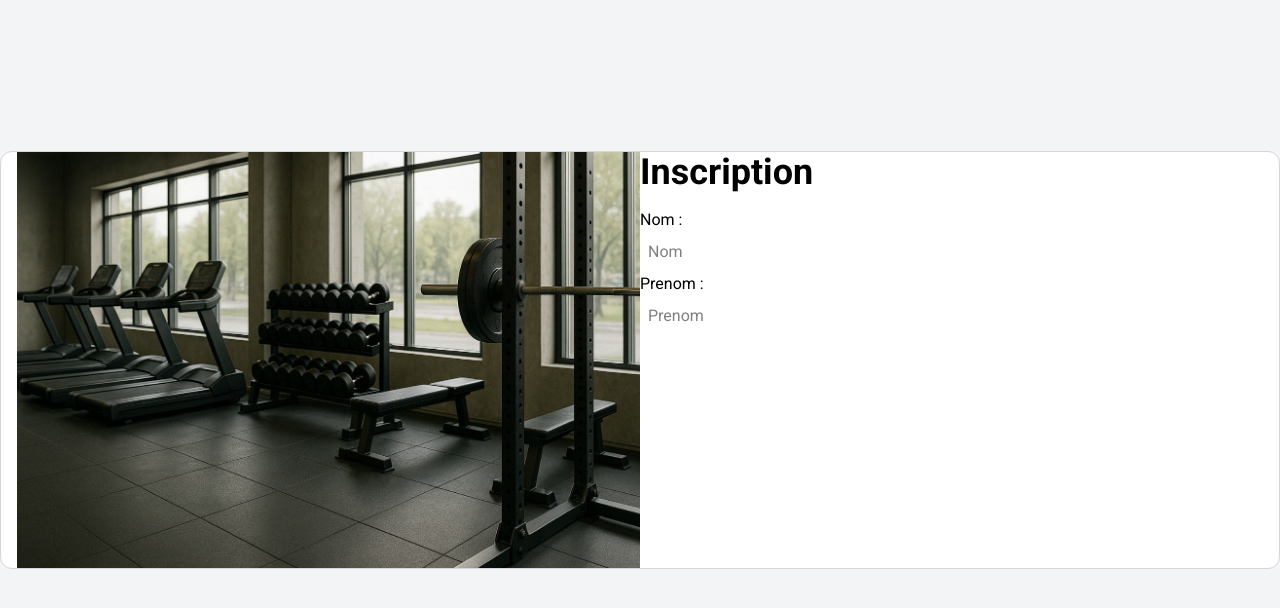
Repository: fahchouchsm/clubSportifWeb
Page: src/pages/inscription.html
An editor plug-in stored every save of this project. The page is shown before and after the next save, followed by the edit.
The browser window is 1280 px wide. The pictures show the whole page.

Above is the page before, as saved 2025-04-16 18:58:16.

After the next save:
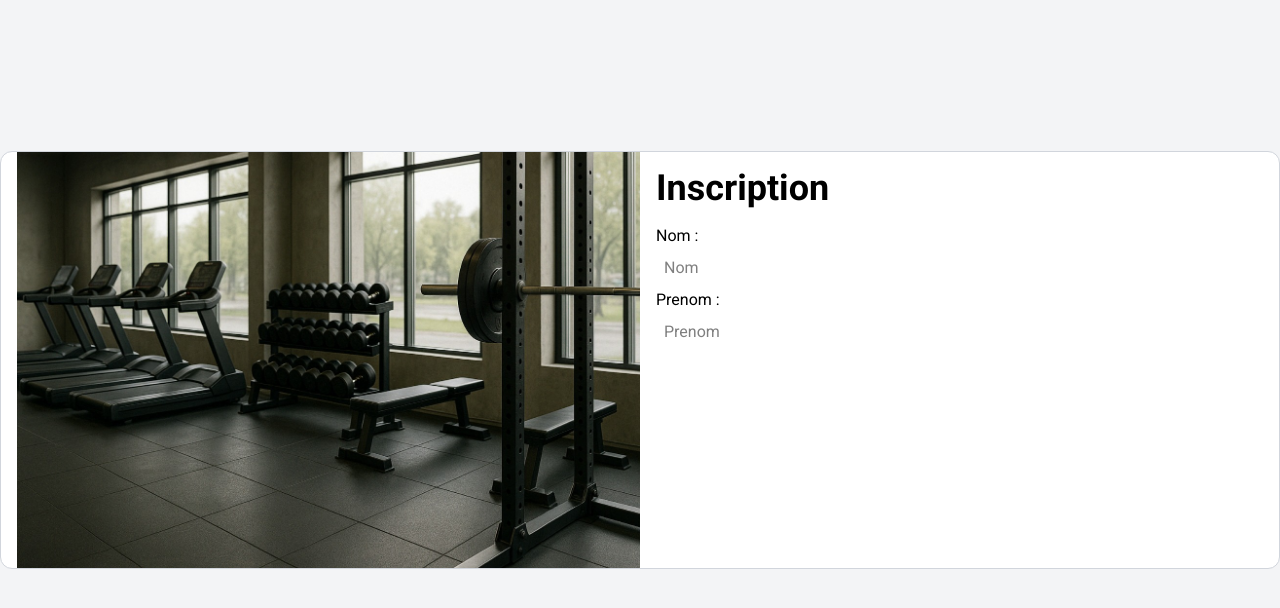
Saved 10 s later.
--- a/src/pages/inscription.html
+++ b/src/pages/inscription.html
@@ -20,7 +20,7 @@
           class="h-full w-1/2 object-cover"
           alt=""
         />
-        <form action="" method="post" class="flex w-1/2 flex-col gap-4">
+        <form action="" method="post" class="flex w-1/2 flex-col gap-4 p-4">
           <h1 class="text-4xl font-bold">Inscription</h1>
           <!-- inputs -->
           <div class="grid w-full grid-cols-2 gap-1">
